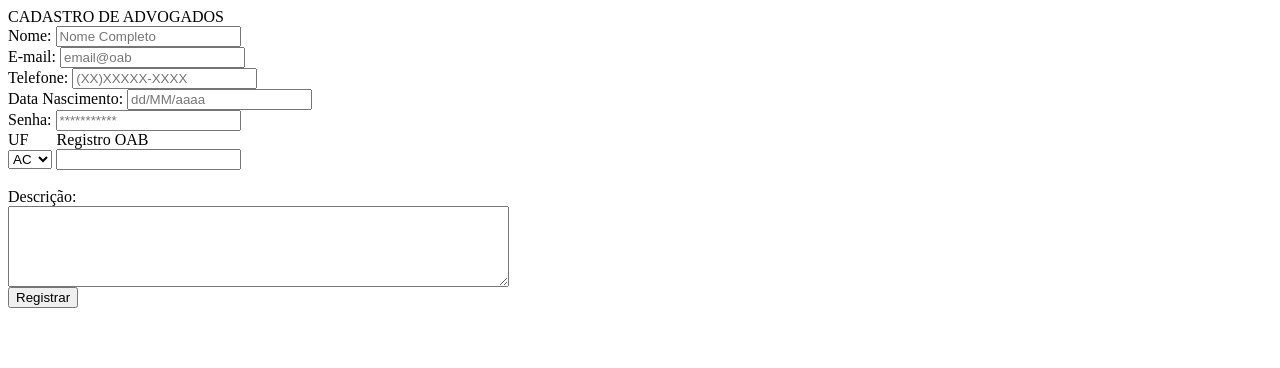
Repository: Natan16/CRUDJUSTTO
Page: http://localhost/CRUDJUSTTOWEB/adiciona-advogado.jsp
An editor plug-in stored every save of this project. The page is shown before and after the next save, followed by the edit.
The browser window is 1280 px wide. The pictures show the whole page.
The page is served by Tomcat 9. Other server files are loaded and not shown.

Above is the page before, as saved 2019-08-31 20:05:09.

### CRUDJUSTTOWEB/WebContent/adiciona-advogado.jsp
<%@ page import="utils.Listagens,
				 java.util.List,
                  dao.*,
                  model.*" %>

<html>
     <body>
          CADASTRO DE ADVOGADOS<br />
         	 <c:if test="${not empty param.nome}" >
			 	${param.nome}
			 </c:if>
             Nome: <input type="text" name="nome" placeholder="Nome Completo" required/><br />
             E-mail: <input type="text" name="email" placeholder="email@oab" required/><br />
             Telefone: <input type="text" name="telefone" placeholder="(XX)XXXXX-XXXX"/><br />
             Data Nascimento: <input type="text" name="dataNascimento" placeholder="dd/MM/aaaa"/><br />
             Senha: <input type="password" name="senha" placeholder="***********" required/><br />

                          UF &nbsp;&emsp; Registro OAB <br />
             <select name="ufOAB">
             	<%
             	List<String> ufs = Listagens.getUfs();
			 	for (String uf : ufs ) {
                %>
                	<option value=<%=uf %>><%=uf%></option>
                <%
                }
                %>
  			 </select>
  			 <input type="text" name="registroOAB" /><br />
  			 <br />

             Descrição: <br />
             <textarea rows = "5" cols = "60" name = "desc"></textarea><br>
             <input   type="submit" value="Registrar" />
         </form>
     </body>
 </html>

### CRUDJUSTTOWEB/src/utils/Listagens.java
package utils;

import java.util.ArrayList;
import java.util.List;


public class Listagens {
	private static List<String> ufs = new ArrayList<>(
			  List.of("AC","AL","AM","AP","BA","CE","DF","ES","GO","MA","MG","MS","MT","PA","PB","PE","PI",
			"PR","RJ","RN","RO","RR","RS","SC","SE","SP","TO"));

	public static List<String> getUfs() {
		return ufs;
	}

	private static List<Character> tiposDeRegistro = new ArrayList<>(
			  List.of('A', 'B' , 'E' , 'N' , 'P' , 'D'));

	public static List<Character> getTiposDeRegistro() {
		return tiposDeRegistro;
	}

}

After the next save:
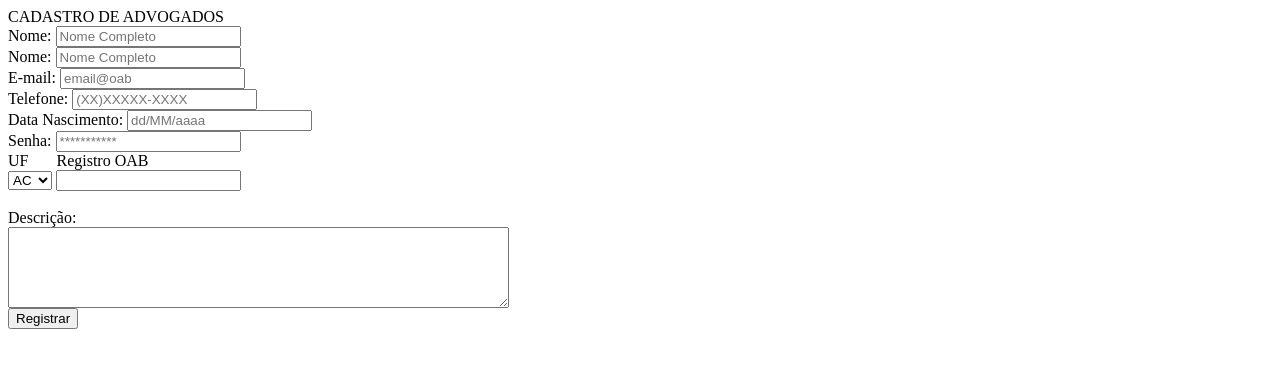
Saved 26 s later.
--- a/CRUDJUSTTOWEB/WebContent/adiciona-advogado.jsp
+++ b/CRUDJUSTTOWEB/WebContent/adiciona-advogado.jsp
@@ -8,6 +8,8 @@
           CADASTRO DE ADVOGADOS<br />
          	 <c:if test="${not empty param.nome}" >
 			 	${param.nome}
+			 	Nome: <input type="text" name="nome" placeholder="Nome Completo" required/><br />
+
 			 </c:if>
              Nome: <input type="text" name="nome" placeholder="Nome Completo" required/><br />
              E-mail: <input type="text" name="email" placeholder="email@oab" required/><br />
